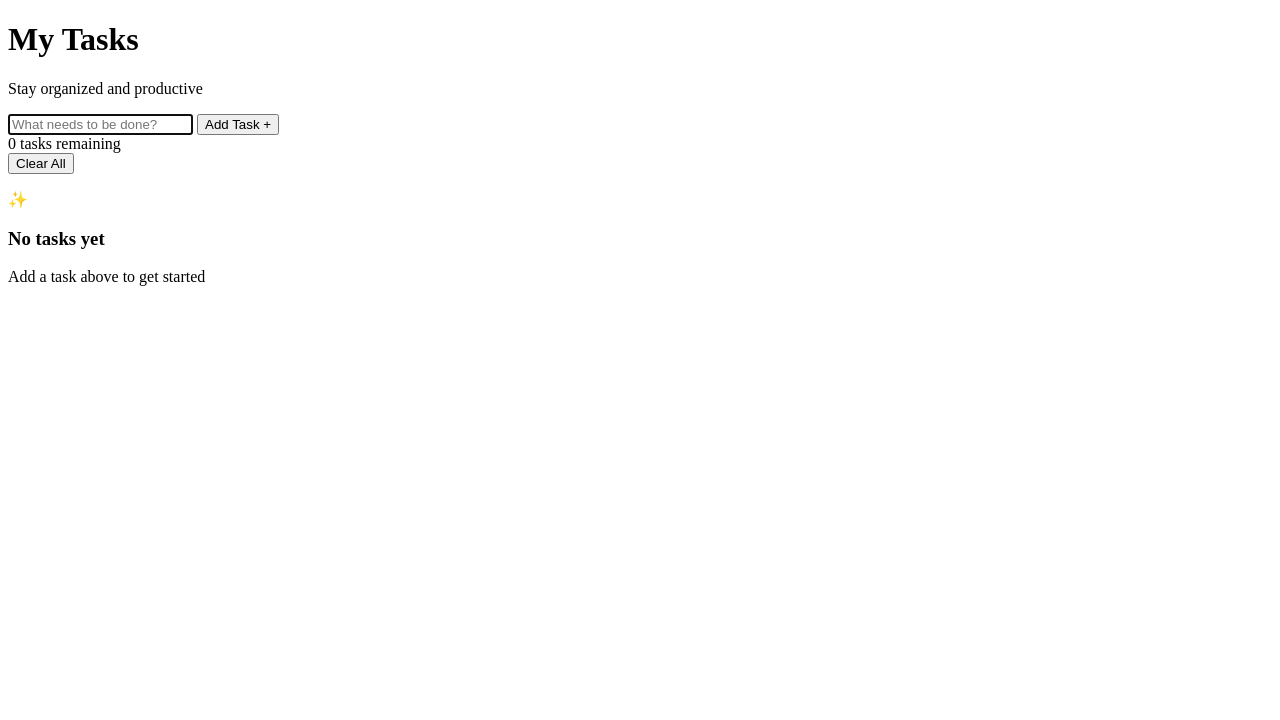
Repository: neelpatel6262/task-manager
Page: index.html
An editor plug-in stored every save of this project. The page is shown before and after the next save, followed by the edit.
The browser window is 1280 px wide. The pictures show the whole page.

Above is the page before, as saved 2025-09-22 11:38:45.
Not found: styles.css

### index.html
<!DOCTYPE html>
<html lang="en">
<head>
    <meta charset="UTF-8">
    <meta name="viewport" content="width=device-width, initial-scale=1.0">
    <title>Simple To-Do List</title>
    <link rel="stylesheet" href="styles.css">
    <link rel="preconnect" href="https://fonts.googleapis.com">
    <link rel="preconnect" href="https://fonts.gstatic.com" crossorigin>
    <link href="https://fonts.googleapis.com/css2?family=Inter:wght@300;400;500;600&display=swap" rel="stylesheet">
</head>
<body>
    <div class="container">
        <header class="header">
            <h1 class="title">My Tasks</h1>
            <p class="subtitle">Stay organized and productive</p>
        </header>

        <div class="input-section">
            <div class="input-container">
                <input
                    type="text"
                    id="taskInput"
                    placeholder="What needs to be done?"
                    maxlength="100"
                >
                <button id="addBtn" class="add-btn" type="button">
                    <span class="btn-text">Add Task</span>
                    <span class="btn-icon">+</span>
                </button>
            </div>
        </div>

        <div class="tasks-section">
            <div class="tasks-header">
                <div class="task-counter">
                    <span id="taskCount">0</span> tasks remaining
                </div>
                <button id="clearAllBtn" class="clear-all-btn" type="button">
                    Clear All
                </button>
            </div>

            <div class="tasks-container">
                <ul id="tasksList" class="tasks-list"></ul>

                <div id="emptyState" class="empty-state">
                    <div class="empty-icon">✨</div>
                    <h3>No tasks yet</h3>
                    <p>Add a task above to get started</p>
                </div>
            </div>
        </div>
    </div>

    <script src="script.js"></script>
</body>
</html>

### script.js
// DOM Elements
const taskInput = document.getElementById('taskInput');
const addBtn = document.getElementById('addBtn');
const tasksList = document.getElementById('tasksList');
const taskCount = document.getElementById('taskCount');
const clearAllBtn = document.getElementById('clearAllBtn');
const emptyState = document.getElementById('emptyState');

// Tasks array
let tasks = [];

// Initialize the app
document.addEventListener('DOMContentLoaded', function() {
    loadTasks();
    setupEventListeners();
    updateUI();
});

// Event Listeners
function setupEventListeners() {
    // Add task button click
    addBtn.addEventListener('click', addTask);

    // Enter key press in input
    taskInput.addEventListener('keypress', function(e) {
        if (e.key === 'Enter') {
            addTask();
        }
    });

    // Clear all tasks button
    clearAllBtn.addEventListener('click', clearAllTasks);

    // Input validation and button state
    taskInput.addEventListener('input', function() {
        const isEmpty = taskInput.value.trim() === '';
        addBtn.style.opacity = isEmpty ? '0.6' : '1';
        addBtn.style.cursor = isEmpty ? 'not-allowed' : 'pointer';
    });
}

// Add new task
function addTask() {
    const taskText = taskInput.value.trim();

    if (taskText === '') {
        // Show error animation
        taskInput.style.borderColor = '#ef4444';
        taskInput.style.boxShadow = '0 0 0 3px rgba(239, 68, 68, 0.1)';

        setTimeout(() => {
            taskInput.style.borderColor = '#e2e8f0';
            taskInput.style.boxShadow = 'none';
        }, 1000);

        return;
    }

    if (taskText.length > 100) {
        alert('Task is too long. Please keep it under 100 characters.');
        return;
    }

    // Create new task object
    const newTask = {
        id: Date.now(),
        text: taskText,
        completed: false,
        createdAt: new Date().toISOString()
    };

    // Add to tasks array
    tasks.unshift(newTask); // Add to beginning for newest first

    // Clear input
    taskInput.value = '';

    // Save and update UI
    saveTasks();
    updateUI();

    // Success feedback
    addBtn.style.transform = 'scale(0.95)';
    setTimeout(() => {
        addBtn.style.transform = 'scale(1)';
    }, 150);
}

// Toggle task completion
function toggleTask(taskId) {
    const taskIndex = tasks.findIndex(task => task.id === taskId);

    if (taskIndex !== -1) {
        tasks[taskIndex].completed = !tasks[taskIndex].completed;
        saveTasks();
        updateUI();
    }
}

// Delete task
function deleteTask(taskId) {
    const taskElement = document.querySelector(`[data-task-id="${taskId}"]`);

    if (taskElement) {
        // Add removing animation
        taskElement.classList.add('removing');

        // Remove from array after animation
        setTimeout(() => {
            tasks = tasks.filter(task => task.id !== taskId);
            saveTasks();
            updateUI();
        }, 300);
    }
}

// Clear all tasks
function clearAllTasks() {
    if (tasks.length === 0) return;

    const confirmed = confirm(`Are you sure you want to delete all ${tasks.length} tasks? This action cannot be undone.`);

    if (confirmed) {
        // Add removing animation to all tasks
        const taskElements = document.querySelectorAll('.task-item');
        taskElements.forEach((element, index) => {
            setTimeout(() => {
                element.classList.add('removing');
            }, index * 50);
        });

        // Clear tasks after animation
        setTimeout(() => {
            tasks = [];
            saveTasks();
            updateUI();
        }, 300 + (taskElements.length * 50));
    }
}

// Update UI
function updateUI() {
    renderTasks();
    updateTaskCounter();
    updateEmptyState();
    updateClearButton();
}

// Render tasks list
function renderTasks() {
    tasksList.innerHTML = '';

    tasks.forEach(task => {
        const taskElement = createTaskElement(task);
        tasksList.appendChild(taskElement);
    });
}

// Create task element
function createTaskElement(task) {
    const li = document.createElement('li');
    li.className = `task-item ${task.completed ? 'completed' : ''}`;
    li.setAttribute('data-task-id', task.id);

    li.innerHTML = `
        <div class="task-checkbox ${task.completed ? 'checked' : ''}"
             onclick="toggleTask(${task.id})"
             role="checkbox"
             aria-checked="${task.completed}"
             tabindex="0">
        </div>
        <span class="task-text">${escapeHtml(task.text)}</span>
        <button class="delete-btn"
                onclick="deleteTask(${task.id})"
                aria-label="Delete task"
                title="Delete task">
        </button>
    `;

    // Add keyboard support for checkbox
    const checkbox = li.querySelector('.task-checkbox');
    checkbox.addEventListener('keypress', function(e) {
        if (e.key === 'Enter' || e.key === ' ') {
            e.preventDefault();
            toggleTask(task.id);
        }
    });

    return li;
}

// Update task counter
function updateTaskCounter() {
    const remainingTasks = tasks.filter(task => !task.completed).length;
    const totalTasks = tasks.length;

    if (totalTasks === 0) {
        taskCount.textContent = '0';
    } else if (remainingTasks === 0) {
        taskCount.textContent = '0';

        // Celebration animation when all tasks are completed
        if (totalTasks > 0) {
            taskCount.parentElement.style.color = '#059669';
            setTimeout(() => {
                taskCount.parentElement.style.color = '#64748b';
            }, 2000);
        }
    } else {
        taskCount.textContent = remainingTasks;
    }
}

// Update empty state visibility
function updateEmptyState() {
    if (tasks.length === 0) {
        emptyState.classList.remove('hidden');
        tasksList.classList.add('hidden');
    } else {
        emptyState.classList.add('hidden');
        tasksList.classList.remove('hidden');
    }
}

// Update clear all button visibility
function updateClearButton() {
    if (tasks.length === 0) {
        clearAllBtn.classList.add('hidden');
    } else {
        clearAllBtn.classList.remove('hidden');
    }
}

// Save tasks to localStorage
function saveTasks() {
    try {
        localStorage.setItem('todoTasks', JSON.stringify(tasks));
    } catch (error) {
        console.error('Error saving tasks to localStorage:', error);
        alert('Unable to save tasks. Your browser might have storage limitations.');
    }
}

// Load tasks from localStorage
function loadTasks() {
    try {
        const savedTasks = localStorage.getItem('todoTasks');
        if (savedTasks) {
            tasks = JSON.parse(savedTasks);

            // Validate loaded data
            tasks = tasks.filter(task =>
                task &&
                typeof task.id === 'number' &&
                typeof task.text === 'string' &&
                typeof task.completed === 'boolean'
            );
        }
    } catch (error) {
        console.error('Error loading tasks from localStorage:', error);
        tasks = [];
        alert('Unable to load saved tasks. Starting fresh.');
    }
}

// Utility function to escape HTML
function escapeHtml(text) {
    const div = document.createElement('div');
    div.textContent = text;
    return div.innerHTML;
}

// Keyboard shortcuts
document.addEventListener('keydown', function(e) {
    // Ctrl/Cmd + Enter to add task
    if ((e.ctrlKey || e.metaKey) && e.key === 'Enter') {
        e.preventDefault();
        if (document.activeElement !== taskInput) {
            taskInput.focus();
        } else {
            addTask();
        }
    }

    // Escape to clear input or unfocus
    if (e.key === 'Escape') {
        if (document.activeElement === taskInput) {
            taskInput.blur();
            taskInput.value = '';
        }
    }
});

// Focus input on page load
window.addEventListener('load', function() {
    taskInput.focus();
});

// Service worker registration for offline support (optional)
if ('serviceWorker' in navigator) {
    window.addEventListener('load', function() {
        // You can add service worker registration here if needed
        console.log('To-Do List App loaded successfully!');
    });
}

### style.css
* {
  margin: 0;
  padding: 0;
  box-sizing: border-box;
  font-family: "Bebas Neue", sans-serif;
}


body {
    background: linear-gradient(135deg, #f8fafc 0%, #e2e8f0 100%);
    color: #1e293b;
    line-height: 1.6;
    min-height: 100vh;
    padding: 20px;
}

/* Container */
.container {
    max-width: 600px;
    margin: 0 auto;
    background: white;
    border-radius: 16px;
    box-shadow: 0 4px 6px -1px rgba(0, 0, 0, 0.1), 0 2px 4px -1px rgba(0, 0, 0, 0.06);
    overflow: hidden;
    transition: box-shadow 0.3s ease;
}

.container:hover {
    box-shadow: 0 10px 15px -3px rgba(0, 0, 0, 0.1), 0 4px 6px -2px rgba(0, 0, 0, 0.05);
}

/* Header */
.header {
    background: linear-gradient(135deg, #1e40af 0%, #3b82f6 100%);
    color: white;
    padding: 32px 24px;
    text-align: center;
}

.title {
    font-size: 2rem;
    font-weight: 600;
    margin-bottom: 8px;
}

.subtitle {
    font-size: 1rem;
    opacity: 0.9;
    font-weight: 300;
}

/* Input section */
.input-section {
    padding: 24px;
    border-bottom: 1px solid #e2e8f0;
}

.input-container {
    display: flex;
    gap: 12px;
    align-items: stretch;
}

#taskInput {
    flex: 1;
    padding: 14px 16px;
    border: 2px solid #e2e8f0;
    border-radius: 12px;
    font-size: 1rem;
    font-family: inherit;
    background: #f8fafc;
    transition: all 0.2s ease;
    outline: none;
}

#taskInput:focus {
    border-color: #3b82f6;
    background: white;
    box-shadow: 0 0 0 3px rgba(59, 130, 246, 0.1);
}

#taskInput::placeholder {
    color: #94a3b8;
}

.add-btn {
    background: linear-gradient(135deg, #10b981 0%, #059669 100%);
    color: white;
    border: none;
    border-radius: 12px;
    padding: 14px 20px;
    font-size: 1rem;
    font-weight: 500;
    cursor: pointer;
    transition: all 0.2s ease;
    display: flex;
    align-items: center;
    gap: 8px;
    min-width: 120px;
    justify-content: center;
}

.add-btn:hover {
    background: linear-gradient(135deg, #059669 0%, #047857 100%);
    transform: translateY(-1px);
}

.add-btn:active {
    transform: translateY(0);
}

.btn-icon {
    font-size: 1.2rem;
    font-weight: 300;
}

/* Tasks section */
.tasks-section {
    padding: 24px;
}

.tasks-header {
    display: flex;
    justify-content: space-between;
    align-items: center;
    margin-bottom: 20px;
}

.task-counter {
    font-size: 0.875rem;
    color: #64748b;
    font-weight: 500;
}

.clear-all-btn {
    background: #fee2e2;
    color: #dc2626;
    border: none;
    border-radius: 8px;
    padding: 8px 16px;
    font-size: 0.875rem;
    font-weight: 500;
    cursor: pointer;
    transition: all 0.2s ease;
}

.clear-all-btn:hover {
    background: #fecaca;
    transform: translateY(-1px);
}

.clear-all-btn.hidden {
    display: none;
}

/* Tasks list */
.tasks-container {
    position: relative;
}

.tasks-list {
    list-style: none;
    display: flex;
    flex-direction: column;
    gap: 8px;
}

.task-item {
    background: #f8fafc;
    border: 1px solid #e2e8f0;
    border-radius: 12px;
    padding: 16px;
    display: flex;
    align-items: center;
    gap: 12px;
    transition: all 0.2s ease;
    animation: slideIn 0.3s ease;
}

.task-item:hover {
    background: #f1f5f9;
    border-color: #cbd5e1;
    transform: translateY(-1px);
}

.task-item.completed {
    background: #f0fdf4;
    border-color: #bbf7d0;
}

.task-item.completed .task-text {
    text-decoration: line-through;
    color: #6b7280;
}

/* Checkbox */
.task-checkbox {
    width: 20px;
    height: 20px;
    border: 2px solid #d1d5db;
    border-radius: 6px;
    cursor: pointer;
    display: flex;
    align-items: center;
    justify-content: center;
    transition: all 0.2s ease;
    flex-shrink: 0;
}

.task-checkbox:hover {
    border-color: #10b981;
}

.task-checkbox.checked {
    background: #10b981;
    border-color: #10b981;
    color: white;
}

.task-checkbox.checked::before {
    content: '✓';
    font-size: 14px;
    font-weight: bold;
}

/* Task text */
.task-text {
    flex: 1;
    font-size: 1rem;
    word-wrap: break-word;
    transition: all 0.2s ease;
}

/* Delete button */
.delete-btn {
    background: #fee2e2;
    color: #dc2626;
    border: none;
    border-radius: 8px;
    width: 32px;
    height: 32px;
    cursor: pointer;
    display: flex;
    align-items: center;
    justify-content: center;
    transition: all 0.2s ease;
    opacity: 0.7;
    flex-shrink: 0;
}

.delete-btn:hover {
    background: #fecaca;
    opacity: 1;
    transform: scale(1.1);
}

.delete-btn::before {
    content: '×';
    font-size: 18px;
    font-weight: bold;
}

/* Empty state */
.empty-state {
    text-align: center;
    padding: 48px 24px;
    color: #64748b;
}

.empty-state.hidden {
    display: none;
}

.empty-icon {
    font-size: 3rem;
    margin-bottom: 16px;
}

.empty-state h3 {
    font-size: 1.25rem;
    font-weight: 500;
    margin-bottom: 8px;
    color: #374151;
}

.empty-state p {
    font-size: 0.875rem;
}

/* Animations */
@keyframes slideIn {
    from {
        opacity: 0;
        transform: translateY(-10px);
    }
    to {
        opacity: 1;
        transform: translateY(0);
    }
}

@keyframes slideOut {
    from {
        opacity: 1;
        transform: translateX(0);
    }
    to {
        opacity: 0;
        transform: translateX(-100%);
    }
}

.task-item.removing {
    animation: slideOut 0.3s ease forwards;
}

/* Responsive design */
@media (max-width: 768px) {
    body {
        padding: 10px;
    }

    .container {
        border-radius: 12px;
    }

    .header {
        padding: 24px 20px;
    }

    .title {
        font-size: 1.75rem;
    }

    .input-section {
        padding: 20px;
    }

    .input-container {
        flex-direction: column;
        gap: 12px;
    }

    .add-btn {
        width: 100%;
        justify-content: center;
    }

    .tasks-section {
        padding: 20px;
    }

    .tasks-header {
        flex-direction: column;
        gap: 12px;
        align-items: stretch;
    }

    .task-counter {
        text-align: center;
    }
}

@media (max-width: 480px) {
    .task-item {
        padding: 12px;
        gap: 10px;
    }

    .task-text {
        font-size: 0.875rem;
    }

    .empty-state {
        padding: 32px 16px;
    }

    .empty-icon {
        font-size: 2.5rem;
    }
}

After the next save:
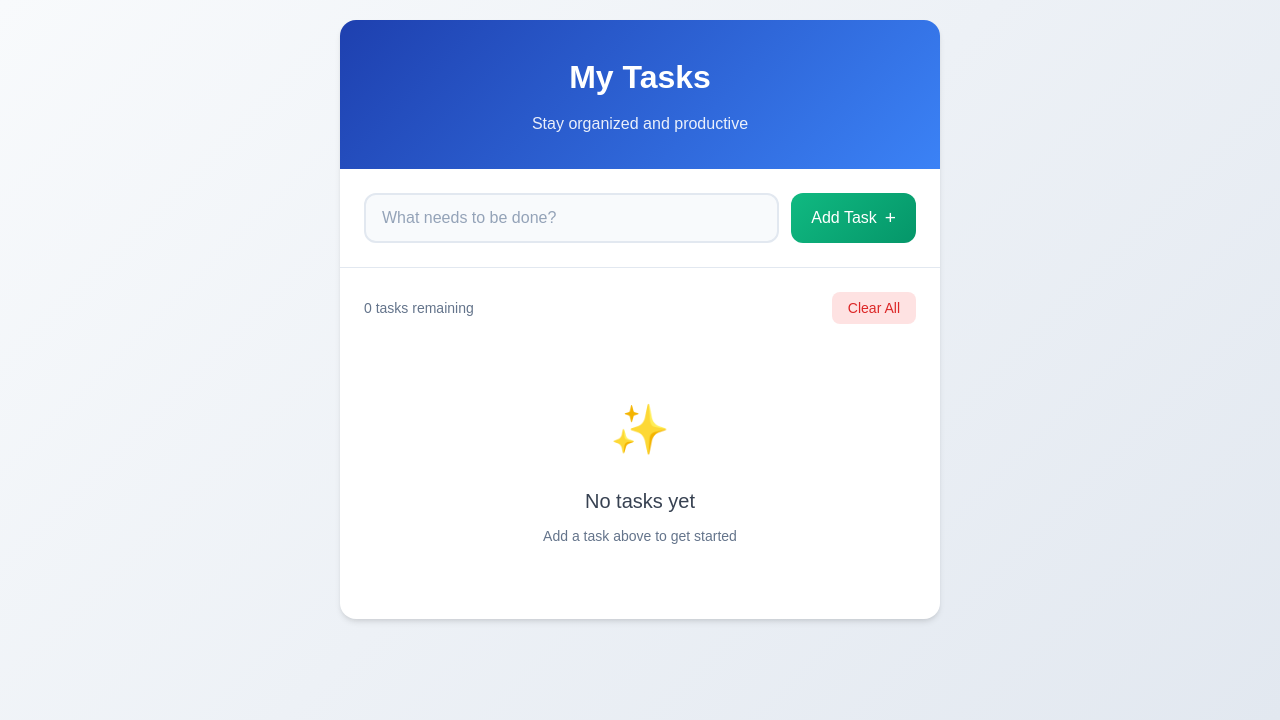
Console error: SyntaxError: Identifier 'taskInput' has already been declared
Saved 39 s later.
--- a/index.html
+++ b/index.html
@@ -4,7 +4,8 @@
     <meta charset="UTF-8">
     <meta name="viewport" content="width=device-width, initial-scale=1.0">
     <title>Simple To-Do List</title>
-    <link rel="stylesheet" href="styles.css">
+    <link rel="stylesheet" href="style.css">
+    <script src="script.js"></script>
     <link rel="preconnect" href="https://fonts.googleapis.com">
     <link rel="preconnect" href="https://fonts.gstatic.com" crossorigin>
     <link href="https://fonts.googleapis.com/css2?family=Inter:wght@300;400;500;600&display=swap" rel="stylesheet">
